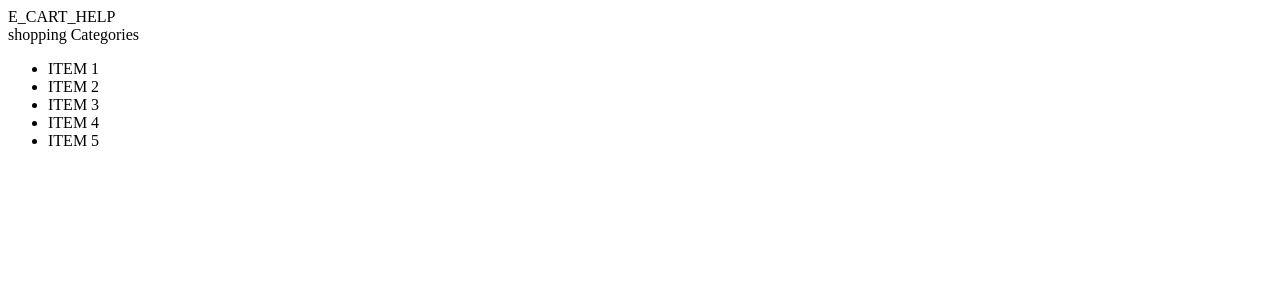
Repository: codecracker007/STACK
Page: template/index.html
An editor plug-in stored every save of this project. The page is shown before and after the next save, followed by the edit.
The browser window is 1280 px wide. The pictures show the whole page.

Above is the page before, as saved 2020-11-30 12:41:19.

### template/index.html
<!DOCTYPE html>

<html>

<head><title>E_CART</title></head>

<body>
    <div>
        <header>
            E_CART_HELP
        </header>
        <aside>
            shopping Categories
        </aside>
        <main>
            <ul>
                <li>ITEM 1</li>
                <li>ITEM 2</li>
                <li>ITEM 3</li>
                <li>ITEM 4</li>
                <li>ITEM 5</li>
            </ul>
        </main>

    </div>
</body>
</html>

After the next save:
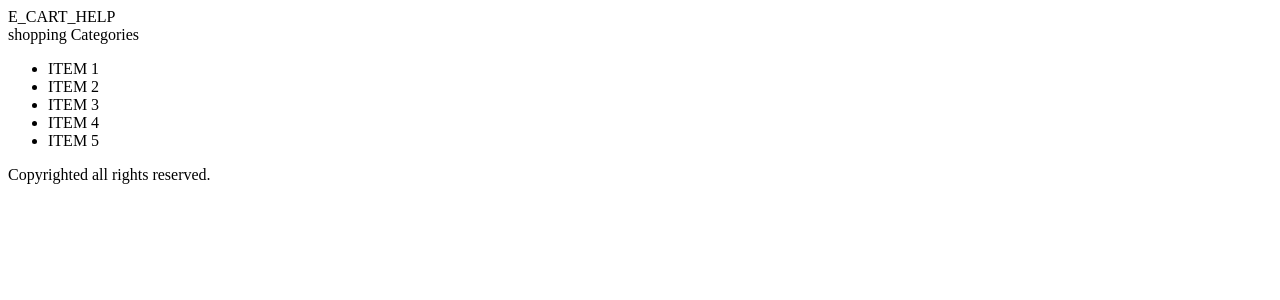
Saved 42 s later.
--- a/template/index.html
+++ b/template/index.html
@@ -22,6 +22,8 @@
             </ul>
         </main>
 
+        <footer>Copyrighted all rights reserved.</footer>
+
     </div>
 </body>
 </html>
